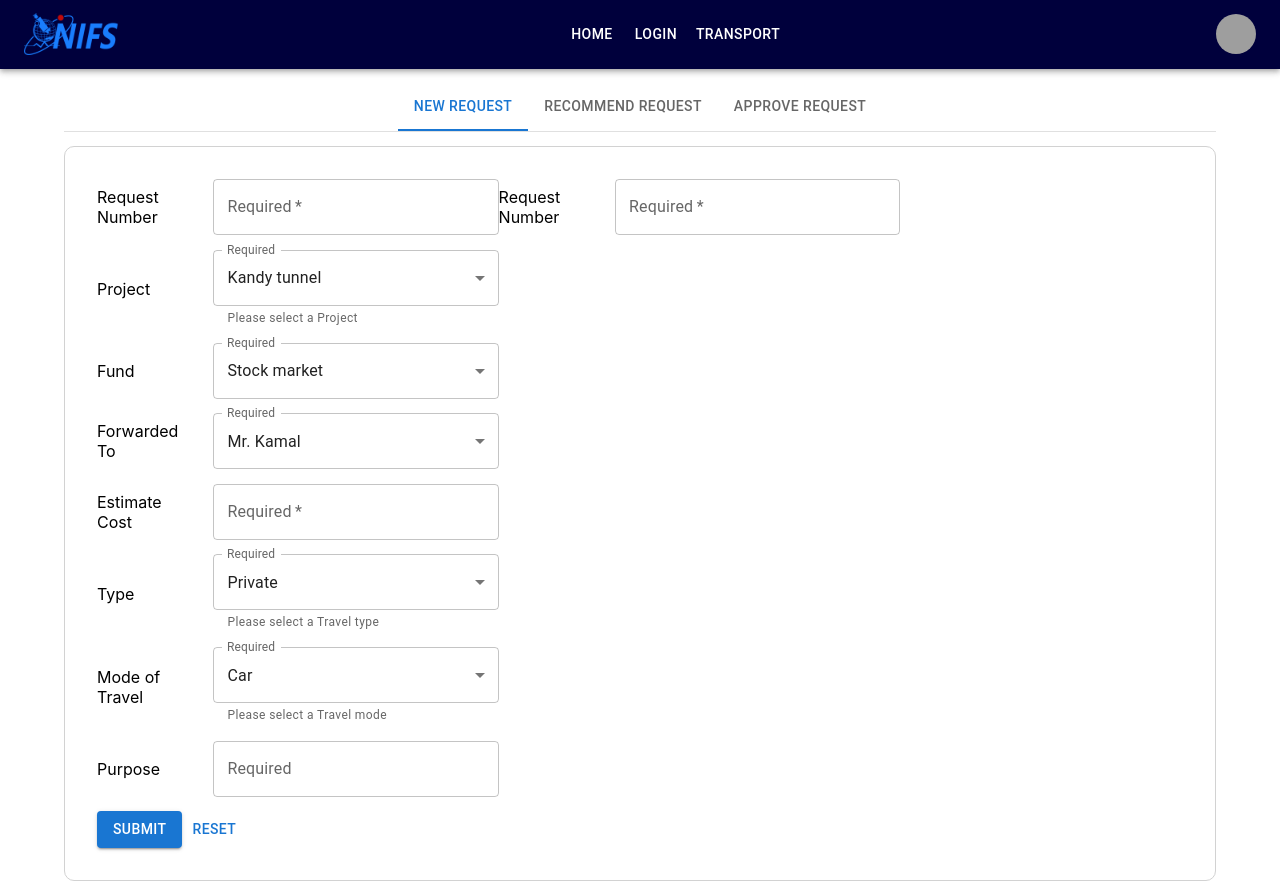
Repository: Ravindu97/NIFS_WebApplication
Page: /transport (app in client/)
The author's editor kept a copy of each file at every save. The page is drawn from the files as they stood at one save, then again after the next save.
The browser window is 1280 px wide. The pictures show the whole page.
Pictures or frames that could not be fetched are drawn as grey boxes. The project was rebuilt for these pictures with package versions that can differ from the ones it lists, and the page was loaded fresh each time. Also part of the build but not shown: client/src/pages/Home.js, client/src/pages/Login.js, client/src/components/Transport/RecommendedRequest.js, client/src/components/Transport/ApproveRequest.js.

Above is the page before, as saved 2022-07-01 00:23:59.

### client/src/index.css
body {
  margin: 0;
  font-family: -apple-system, BlinkMacSystemFont, 'Segoe UI', 'Roboto', 'Oxygen',
    'Ubuntu', 'Cantarell', 'Fira Sans', 'Droid Sans', 'Helvetica Neue',
    sans-serif;
  -webkit-font-smoothing: antialiased;
  -moz-osx-font-smoothing: grayscale;
}

:root{
  --main-navbar-back: #00003c;

}


.nav-logo{
  width: 100px;
  height: auto;
}

/* main navbar */
.main-navbar{
  background-color: var(--main-navbar-back) !important;
}

/* secondary navbar */
.secondary-navbar{
  margin-top: 2vh !important;
  margin: auto;
}

/* body content */
.body-content{
  margin: auto;
  width: 90%;
  margin-top: 2vh;
}

/* -------------------css for form starts here */
/* form section means outsice the <form> tag */

.form-section{
  border: 1px solid #d2d2d2;
  border-radius: 10px;
  padding: 2rem;
}

/* input fields */
.input-fields{
  display: flex;
  align-items: center;
  margin-bottom: 2vh;
}

.input-fields label{
  margin-right: 2vw;
  width: 10vw;
}

.form-inside{
  display: flex;

}

/* -----------------css for form ends here */

### client/src/App.js
import * as React from 'react';
import { BrowserRouter as Router, Route, Routes } from 'react-router-dom';
import Navbar from './components/shared/Navbar';
import Home from './pages/Home';
import Login from './pages/Login';
import TransportMainPage from './pages/TransportMainPage';

function App() {
	return (
		<div>
			<Router>
				<Navbar />
				<Routes>
					<Route exact path="/" element={<Home />} />
					<Route exact path="/login" element={<Login />} />
					<Route exact path="/transport/*" element={<TransportMainPage />} />
				</Routes>
			</Router>
		</div>
	);
}

export default App;

### client/src/components/shared/Navbar.js
import * as React from 'react';
import AppBar from '@mui/material/AppBar';
import Box from '@mui/material/Box';
import Toolbar from '@mui/material/Toolbar';
import IconButton from '@mui/material/IconButton';
import Typography from '@mui/material/Typography';
import Menu from '@mui/material/Menu';
import MenuIcon from '@mui/icons-material/Menu';
import Container from '@mui/material/Container';
import Avatar from '@mui/material/Avatar';
import Button from '@mui/material/Button';
import Tooltip from '@mui/material/Tooltip';
import MenuItem from '@mui/material/MenuItem';
import { Link } from 'react-router-dom';
import Logo from '../../images/nifs_logo.png';

const Navbar = () => {
	const pages = [
		{
			id: 0,
			title: 'Home',
			link: '/',
		},
		{
			id: 1,
			title: 'Login',
			link: '/login',
		},
		{
			id: 2,
			title: 'Transport',
			link: '/transport',
		},
	];

	const settings = [
		{
			id: 0,
			title: 'Home',
			link: '/',
		},
		{
			id: 1,
			title: 'Login',
			link: '/login',
		},
		{
			id: 2,
			title: 'Transport',
			link: '/transport',
		},
	];

	const [anchorElNav, setAnchorElNav] = React.useState(null);
	const [anchorElUser, setAnchorElUser] = React.useState(null);

	const handleOpenNavMenu = (event) => {
		setAnchorElNav(event.currentTarget);
	};
	const handleOpenUserMenu = (event) => {
		setAnchorElUser(event.currentTarget);
	};

	const handleCloseNavMenu = () => {
		setAnchorElNav(null);
	};

	const handleCloseUserMenu = () => {
		setAnchorElUser(null);
	};

	return (
		<AppBar position="static" className="main-navbar">
			<Container maxWidth="xl">
				<Toolbar disableGutters>
					{/*Responsive view start here  */}
					<Box sx={{ display: { xs: 'none', md: 'flex' }, mr: 1 }}>
						<img src={Logo} alt="logo" className="nav-logo" />
					</Box>

					<Box sx={{ flexGrow: 1, display: { xs: 'flex', md: 'none' } }}>
						<IconButton
							size="large"
							aria-label="account of current user"
							aria-controls="menu-appbar"
							aria-haspopup="true"
							onClick={handleOpenNavMenu}
							color="inherit"
						>
							<MenuIcon />
						</IconButton>
						<Menu
							id="menu-appbar"
							anchorEl={anchorElNav}
							anchorOrigin={{
								vertical: 'bottom',
								horizontal: 'left',
							}}
							keepMounted
							transformOrigin={{
								vertical: 'top',
								horizontal: 'left',
							}}
							open={Boolean(anchorElNav)}
							onClose={handleCloseNavMenu}
							sx={{
								display: { xs: 'block', md: 'none' },
							}}
						>
							{pages &&
								pages.map((page) => (
									<MenuItem key={page.id} onClick={handleCloseNavMenu}>
										<Link to={page.link} style={{ textDecoration: 'none' }}>
											<Typography textAlign="center">{page.title}</Typography>
										</Link>
									</MenuItem>
								))}
						</Menu>
					</Box>
					{/* Responsive view ends here */}

					{/* Full width starts here */}
					<Box
						sx={{
							mr: 2,
							display: { xs: 'flex', md: 'none' },
							flexGrow: 1,
						}}
					>
						<img src={Logo} alt="logo" className="nav-logo" />
					</Box>

					<Box
						sx={{ flexGrow: 1, display: { xs: 'none', md: 'flex' } }}
						style={{ justifyContent: 'center' }}
					>
						{pages &&
							pages.map((page) => (
								<Link to={page.link} style={{ textDecoration: 'none' }}>
									<Button
										key={page.id}
										onClick={handleCloseNavMenu}
										sx={{ my: 2, color: 'white', display: 'block' }}
									>
										{page.title}
									</Button>
								</Link>
							))}
					</Box>

					{/* end of the navbar */}
					<Box sx={{ flexGrow: 0 }}>
						<Tooltip title="Open settings">
							<IconButton onClick={handleOpenUserMenu} sx={{ p: 0 }}>
								<Avatar
									alt="Remy Sharp"
									src="https://images.unsplash.com/photo-1566753323558-f4e0952af115?ixlib=rb-1.2.1&ixid=MnwxMjA3fDB8MHxzZWFyY2h8MXx8bWFsZXxlbnwwfHwwfHw%3D&w=1000&q=80"
								/>
							</IconButton>
						</Tooltip>
						<Menu
							sx={{ mt: '45px' }}
							id="menu-appbar"
							anchorEl={anchorElUser}
							anchorOrigin={{
								vertical: 'top',
								horizontal: 'right',
							}}
							keepMounted
							transformOrigin={{
								vertical: 'top',
								horizontal: 'right',
							}}
							open={Boolean(anchorElUser)}
							onClose={handleCloseUserMenu}
						>
							{settings.map((setting) => (
								<MenuItem key={setting.id} onClick={handleCloseUserMenu}>
									<Typography textAlign="center">{setting.title}</Typography>
								</MenuItem>
							))}
						</Menu>
					</Box>
				</Toolbar>
			</Container>
		</AppBar>
	);
};
export default Navbar;

### client/src/pages/TransportMainPage.js
import React from 'react';

import TransportNavbar from '../components/Transport/shared/TransportNavbar';
import { Route, Routes } from 'react-router-dom';
import NewRequest from '../components/Transport/NewRequest';
import RecommendedRequest from '../components/Transport/RecommendedRequest';
import ApproveRequest from '../components/Transport/ApproveRequest';

// transport main page where all other section of transport department can be access from here
function TransportMainPage() {
	return (
		<div>
			<TransportNavbar />
			<div className="body-content">
				<Routes>
					<Route exact path="/" element={<NewRequest />} />
					<Route exact path="/recommend" element={<RecommendedRequest />} />
					<Route exact path="/approve" element={<ApproveRequest />} />
				</Routes>
			</div>
		</div>
	);
}

export default TransportMainPage;

### client/src/components/Transport/shared/TransportNavbar.js
import * as React from 'react';
import Tabs from '@mui/material/Tabs';
import Tab from '@mui/material/Tab';
import Box from '@mui/material/Box';
import { Link, useLocation } from 'react-router-dom';

export default function TransportNavbar() {
	const location = useLocation();

	const pages = [
		{
			id: 0,
			title: 'New Request',
			link: '/transport',
		},
		{
			id: 1,
			title: 'Recommend Request',
			link: '/transport/recommend',
		},
		{
			id: 2,
			title: 'Approve Request',
			link: '/transport/approve',
		},
	];

	return (
		<Box sx={{ width: '90%' }} className="secondary-navbar">
			<Box sx={{ borderBottom: 1, borderColor: 'divider' }}>
				<Tabs value={location.pathname} centered>
					{pages &&
						pages.map((page) => (
							<Tab
								key={page.id}
								label={page.title}
								value={page.link}
								component={Link}
								to={page.link}
							/>
						))}
				</Tabs>
			</Box>
		</Box>
	);
}

### client/src/components/Transport/NewRequest.js
import { Button, TextField } from '@mui/material';
import React, { useState } from 'react';
import { useForm } from 'react-hook-form';

// import datepicker
import DateFnsUtils from '@date-io/date-fns';
import {
	DatePicker,
	TimePicker,
	DateTimePicker,
	MuiPickersUtilsProvider,
} from '@material-ui/pickers';
// sample data files start here
import Projects from './shared/sampleData/Project.json';
import Funds from './shared/sampleData/Fund.json';
import ForwardedTo from './shared/sampleData/ForwardedTo.json';
// sample data files ends here

function NewRequest() {
	// date set to be stored
	const { register, handleSubmit, reset } = useForm();
	const [selectedDate, handleDateChange] = useState(new Date());
	const [project, setProjects] = useState(Projects);
	const [fund, setFunds] = useState(Funds);
	const [forwardedTo, setForwardedTos] = useState(ForwardedTo);

	const submitDetails = (data) => {
		console.log(data);
	};

	return (
		<div className="form-section">
			<form onSubmit={handleSubmit(submitDetails)}>
				<div className="form-inside">
					{/* left section of the form */}
					<div className="form-left">
						{/* Request number */}
						<div className="input-fields">
							<label>Request Number</label>
							<TextField
								fullWidth
								required
								type="text"
								name="reqNo"
								id="outlined-basic"
								label="Required"
								variant="outlined"
								{...register('reqNo', { required: true })}
							/>
						</div>

						{/* Select project */}
						<div className="input-fields">
							<label>Project</label>
							<TextField
								fullWidth
								id="outlined-select-project-native"
								select
								label="Required"
								name="project"
								{...register('project', { required: true })}
								SelectProps={{
									native: true,
								}}
								helperText="Please select a Project"
							>
								{project.map((option) => (
									<option key={option.id} value={option.value}>
										{option.value}
									</option>
								))}
							</TextField>
						</div>

						{/* Select Fund */}

						<div className="input-fields">
							<label>Fund</label>
							<TextField
								fullWidth
								id="outlined-select-fund-native"
								select
								label="Required"
								name="fund"
								{...register('fund', { required: true })}
								SelectProps={{
									native: true,
								}}
							>
								{fund.map((option) => (
									<option key={option.id} value={option.value}>
										{option.value}
									</option>
								))}
							</TextField>
						</div>

						{/* Select Forward */}

						<div className="input-fields">
							<label>Forwarded To</label>
							<TextField
								fullWidth
								id="outlined-select-forward-native"
								select
								label="Required"
								name="forwardTo"
								{...register('forwardTo', { required: true })}
								SelectProps={{
									native: true,
								}}
							>
								{forwardedTo.map((option) => (
									<option key={option.id} value={option.value}>
										{option.value}
									</option>
								))}
							</TextField>
						</div>

						{/* cost */}
						<div className="input-fields">
							<label>Estimate Cost</label>
							<TextField
								fullWidth
								required
								type="text"
								name="estimateCost"
								id="outlined-basic"
								label="Required"
								variant="outlined"
								{...register('estimateCost', { required: true })}
							/>
						</div>

						{/* travel type */}
						<div className="input-fields">
							<label>Type</label>
							<TextField
								fullWidth
								id="outlined-select-forward-native"
								select
								label="Required"
								name="travelType"
								{...register('travelType', { required: true })}
								SelectProps={{
									native: true,
								}}
								helperText="Please select a Travel type"
							>
								<option value="private">Private</option>
								<option value="official">Official</option>
							</TextField>
						</div>

						{/* Travel mode */}

						<div className="input-fields">
							<label>Mode of Travel</label>
							<TextField
								fullWidth
								id="outlined-select-forward-native"
								select
								label="Required"
								name="travelMode"
								{...register('travelMode', { required: true })}
								SelectProps={{
									native: true,
								}}
								helperText="Please select a Travel mode"
							>
								<option value="car">Car</option>
								<option value="van">Van</option>
								<option value="cab">Cab</option>
							</TextField>
						</div>

						{/* purpose */}
						<div className="input-fields">
							<label>Purpose</label>
							<TextField
								fullWidth
								id="outlined-textarea"
								label="Required"
								name="purpose"
								{...register('purpose', { required: true })}
								SelectProps={{
									native: true,
								}}
								multiline
							/>
						</div>
					</div>
					{/* right section of the form */}
					<div className="form-right">
						<div className="input-fields">
							<label>Request Number</label>
							<TextField
								fullWidth
								required
								type="text"
								name="reqNo"
								id="outlined-basic"
								label="Required"
								variant="outlined"
								{...register('reqNo', { required: true })}
							/>
						</div>
					</div>
				</div>
				{/* submit button */}
				<Button type="submit" variant="contained">
					Submit
				</Button>

				{/* reset the form */}
				<Button
					type="button"
					onClick={() => {
						reset({
							reqNo: '',
							project: '',
							fund: '',
							forwardTo: '',
							requestDate: '',
							time: '',
							estimateCost: '',
							travelType: '',
							travelMode: '',
							purpose: '',
							note: '',
							employee: '',
							designation: '',
							date: '',
							division: '',
							HOD: '',
							route: '',
							passengers: '',
						});
					}}
				>
					Reset
				</Button>
			</form>
		</div>
	);
}

export default NewRequest;

### client/src/components/Transport/shared/sampleData/Project.json
[
    {
        "id": 0,
        "value": "Kandy tunnel"
    },
    {
        "id": 1,
        "value": "Moragahakanda project"
    },
    {
        "id": 2,
        "value": "Gin nilwala project"
    },
    {
        "id": 3,
        "value": "Samanala wewa projecct"
    },
    {
        "id": 4,
        "value": "Data visualization"
    }
]

### client/src/components/Transport/shared/sampleData/Fund.json
[
    {
        "id": 0,
        "value": "Stock market"
    },
    {
        "id": 1,
        "value": "BOC bank"
    },
    {
        "id": 2,
        "value": "Savings"
    },
    {
        "id": 3,
        "value": "Ticketing"
    },
    {
        "id": 4,
        "value": "Car wash"
    }
]

### client/src/components/Transport/shared/sampleData/ForwardedTo.json
[
    {
        "id": 0,
        "value": "Mr. Kamal"
    },
    {
        "id": 1,
        "value": "Mr. Sunil"
    },
    {
        "id": 2,
        "value": "Mr. Kusal"
    },
    {
        "id": 3,
        "value": "Mrs. Nayana"
    },
    {
        "id": 4,
        "value": "Miss Rashmi"
    }
]

Loaded but not shown: client/src/index.js (common file); client/src/reportWebVitals.js (common file)

After the next save:
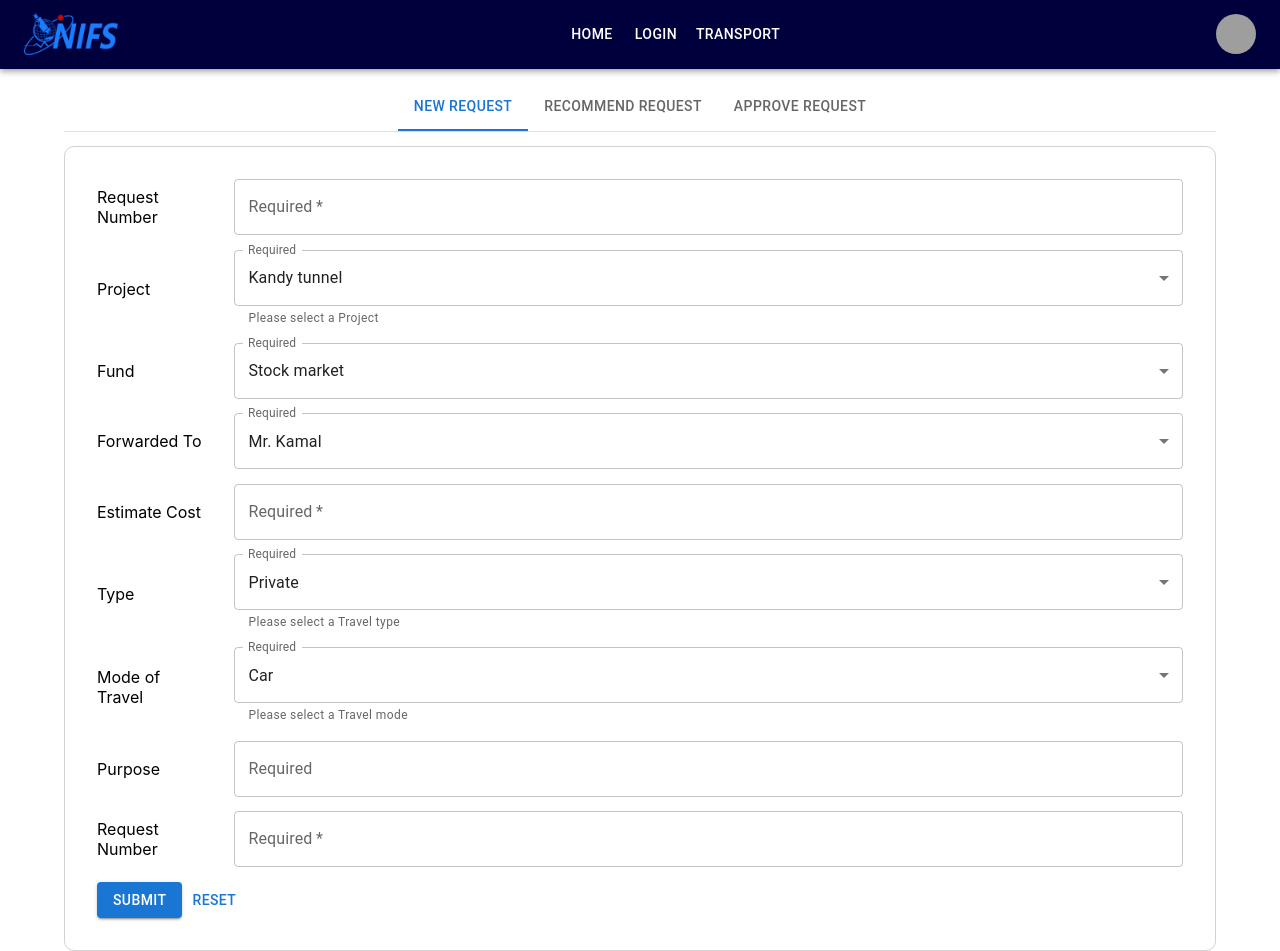
Saved 25 s later.
--- a/client/src/index.css
+++ b/client/src/index.css
@@ -57,9 +57,6 @@ body {
   width: 10vw;
 }
 
-.form-inside{
-  display: flex;
 
-}
 
 /* -----------------css for form ends here */

After the 4 saves that followed:
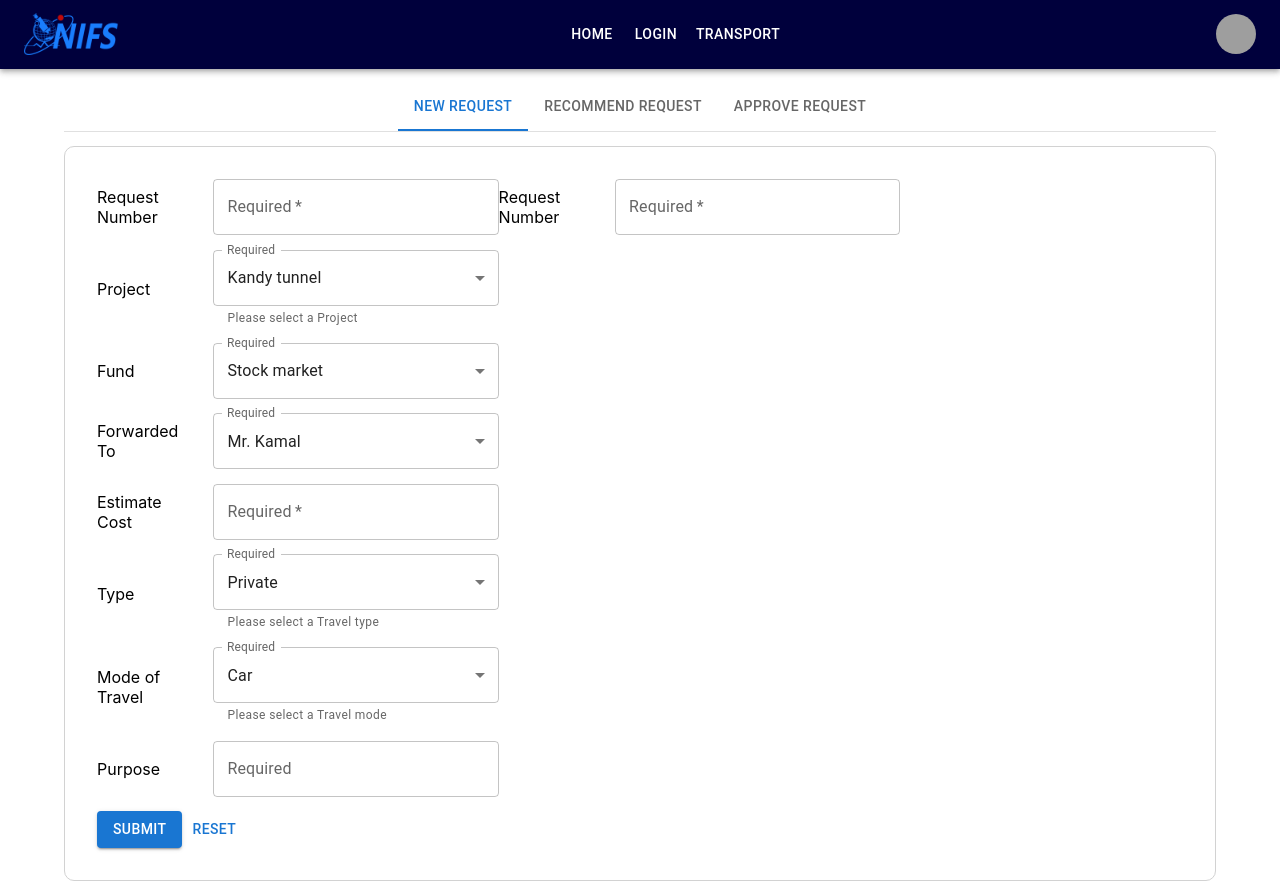
The 4 saves are shown as one change because 3 left the picture as it was.
The last was saved 2 min 50 s later.
--- a/client/src/components/Transport/NewRequest.js
+++ b/client/src/components/Transport/NewRequest.js
@@ -1,7 +1,7 @@
 import { Button, TextField } from '@mui/material';
 import React, { useState } from 'react';
 import { useForm } from 'react-hook-form';
-
+import Box from '@mui/material/Box';
 // import datepicker
 import DateFnsUtils from '@date-io/date-fns';
 import {
@@ -31,7 +31,7 @@ function NewRequest() {
 	return (
 		<div className="form-section">
 			<form onSubmit={handleSubmit(submitDetails)}>
-				<div className="form-inside">
+				<Box sx={{ display: { xs: 'block', lg: 'flex' } }}>
 					{/* left section of the form */}
 					<div className="form-left">
 						{/* Request number */}
@@ -207,7 +207,7 @@ function NewRequest() {
 							/>
 						</div>
 					</div>
-				</div>
+				</Box>
 				{/* submit button */}
 				<Button type="submit" variant="contained">
 					Submit
